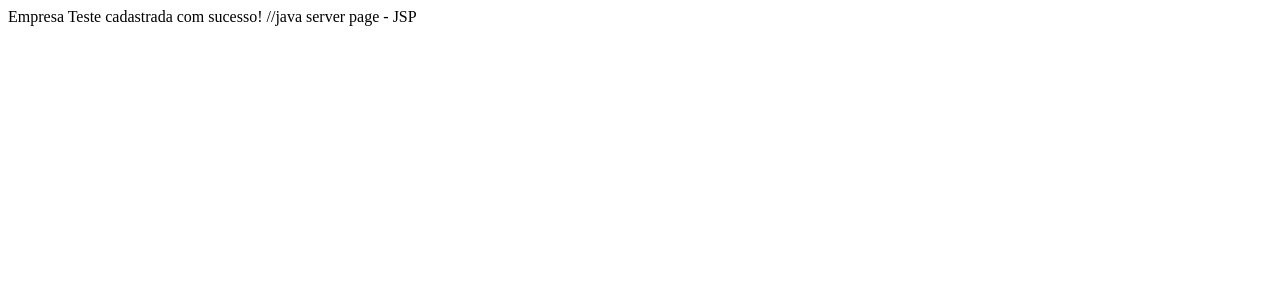
Repository: lucas-silvs/Servlet-Java-Alura
Page: http://localhost/gerenciador/src/main/WebContent/novaEmpresaCriada.jsp
An editor plug-in stored every save of this project. The page is shown before and after the next save, followed by the edit.
The browser window is 1280 px wide. The pictures show the whole page.
The page is served by Tomcat 9.

Above is the page before, as saved 2021-12-16 16:34:44.

After the next save:
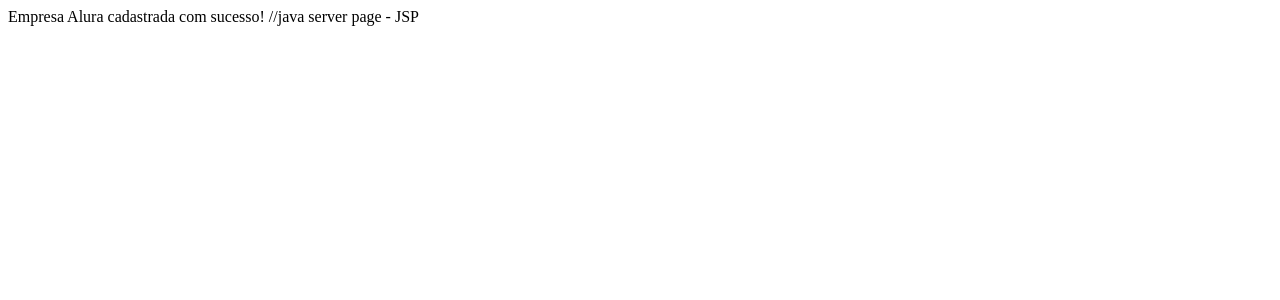
Saved 31 s later.
--- a/gerenciador/src/main/WebContent/novaEmpresaCriada.jsp
+++ b/gerenciador/src/main/WebContent/novaEmpresaCriada.jsp
@@ -6,7 +6,7 @@
 <html>
 <body>
 
-Empresa <% out.println("Teste"); %> cadastrada com sucesso!
+Empresa <% out.println(nomeEmpresa); %> cadastrada com sucesso!
 
 </body>
 </html>
